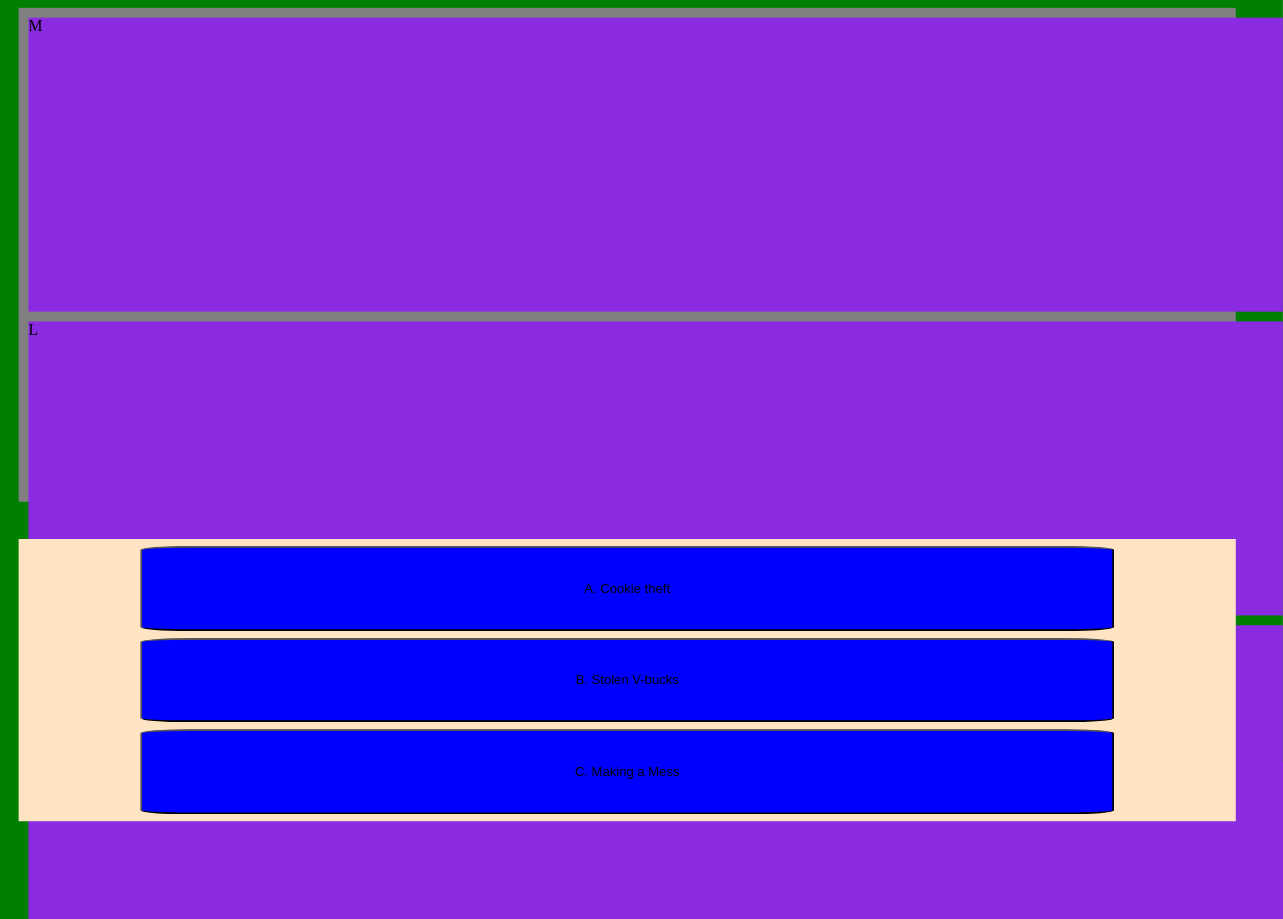
Repository: nguyenlejoe/Dynamic_notSoSherlock
Page: Alex Inductive Thinking/MultiChoice.html
An editor plug-in stored every save of this project. The page is shown before and after the next save, followed by the edit.
The browser window is 1280 px wide. The page is 1309 px wide, then 1280 px, so the pictures cover 1309 px, including what lies to the right of the window. The pictures show the whole page, at 98% of full size.

Above is the page before, as saved 2020-03-05 20:56:32.

### Alex Inductive Thinking/MultiChoice.html
<!DOCTYPE html>
<html>
    <head>
        <title>Inductive Thinking</title>
        <link rel="stylesheet" href="MultiChoice.css">
    </head>
    <body>
        <div id="app">
            <div id="crimeScene">
                <div class="evidence" id="clue1"></div>
                <div class="evidence" id="clue2"></div>
                <div class="evidence" id="clue3"></div>
            </div>
            <div id="multiChoice">
                <button class="InductiveChoice" id="buttonA">Choice 1</button>
                <button class="InductiveChoice" id="buttonB">Choice 2</button>
                <button class="InductiveChoice" id="buttonC">Choice 3</button>
        </div>
        </div>
        <script src="MultiChoice.js"></script>
    </body>

</html>

### Alex Inductive Thinking/MultiChoice.css

body{
    background-color: green;
}
#app{
    display: flex;
    flex-direction: column;
    align-items: center;
}

#crimeScene{
    height: 70vh;
    width: 97vw;
    background-color: grey;
}
.evidence{
    width: 100vw;
    height: 300px;
    background-color: blueviolet;
    margin: 10px;
}





#multiChoice{
    background-color:bisque;
    width: 97vw;
    height: 40vh;
    margin-top: 3%;
    display: flex;
    flex-direction: column;
    justify-content: space-evenly;
    justify-items: center;
    align-items: center;
}

.InductiveChoice{
    width: 80%;
    height: 30%;
    background-color: blue;
    border-radius: 05%;
}

### Alex Inductive Thinking/MultiChoice.js

///////////////////////////  OBJECTS  ////////////////////////////
var Clues =[
    {
    item: "Muddy Footprints",
    description: " it seems like the culprit left muddy footprints upon the floor! ",
    multiChoice: [
        "A. Cookie theft",
        "B. Stolen V-bucks",
        "C. Making a Mess",
       ],

    },

    {
        item: "Ladder",
        description: "Why is this ladder next to the counter!",
        multiChoice: [
            "A. Cookie theft",
            "B. Stolen V-bucks",
            "C. Making a Mess",
           ],
    },

    {
        item: "Cookie Jar",
        description: " Hmmm, this cookie jar seems rather empty I wonder where all the cookies went? ",
        multiChoice: [
            "A. Cookie theft",
            "B. Stolen V-bucks",
            "C. Making a Mess",
           ],
    }
]
   /* var multiChoice = [
        {a: "Cookie theft"},
        {b: "Stolen V-bucks"},
        {c: "Making a Mess"},
    ],
] */
///////////////////////////  ADDING MULTI CHOICE QUESTION  /////////////////////////


function addChoices(){
    document.querySelector("#buttonA").innerHTML =  Clues[0].multiChoice[0];
    document.querySelector("#buttonB").innerHTML =  Clues[0].multiChoice[1];
    document.querySelector("#buttonC").innerHTML =  Clues[0].multiChoice[2];
}
addChoices();


///////////////////////////  ADDING CLUES  /////////////////////////


function addClues(){
    document.querySelector("#clue1").innerHTML = Clues[0].item[0];
    document.querySelector("#clue2").innerHTML = Clues[1].item[0];
    document.querySelector("#clue3").innerHTML = Clues[2].item[0];
}
addClues()

After the next save:
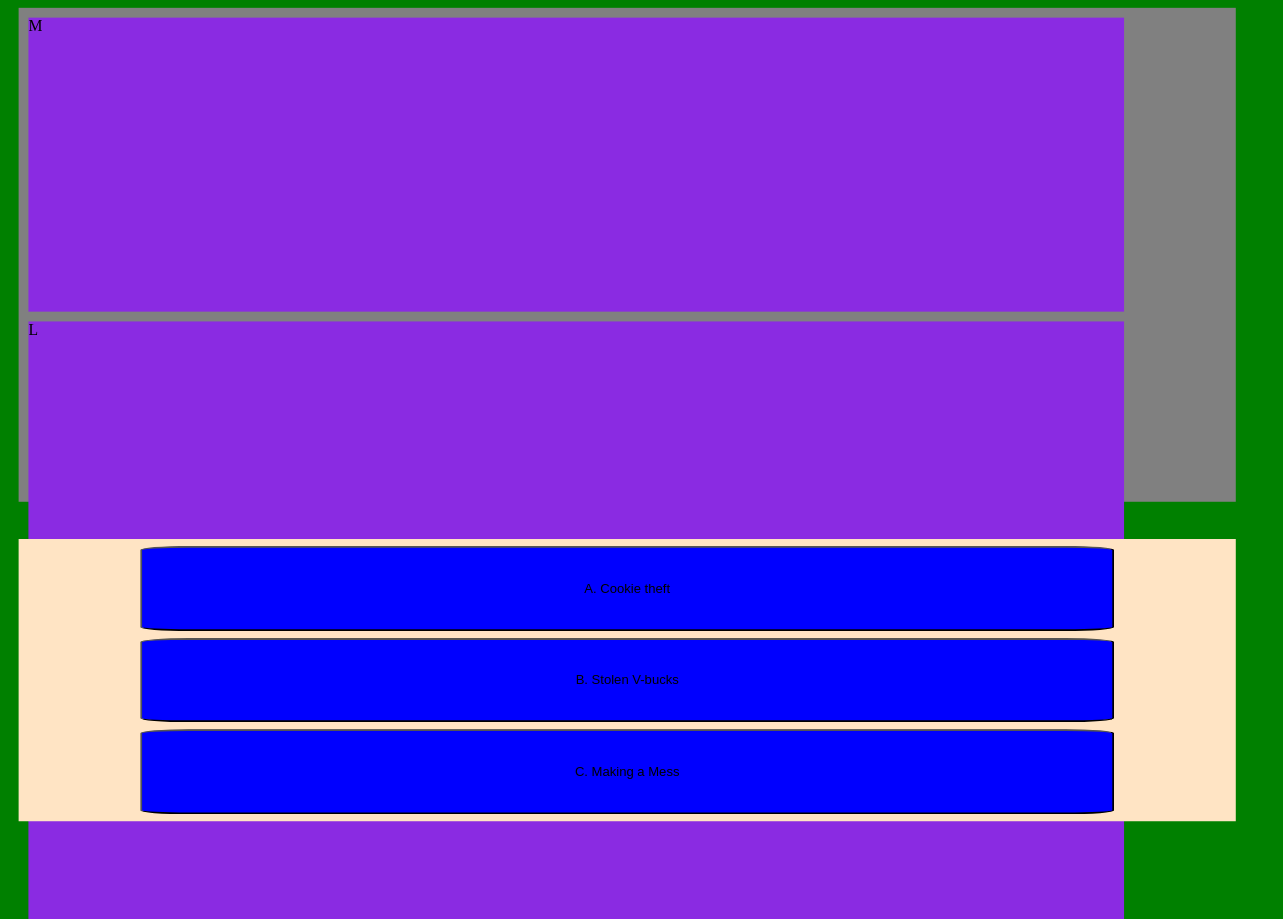
Saved 8 s later.
--- a/Alex Inductive Thinking/MultiChoice.css
+++ b/Alex Inductive Thinking/MultiChoice.css
@@ -14,7 +14,7 @@ body{
     background-color: grey;
 }
 .evidence{
-    width: 100vw;
+    width: 90%;
     height: 300px;
     background-color: blueviolet;
     margin: 10px;
